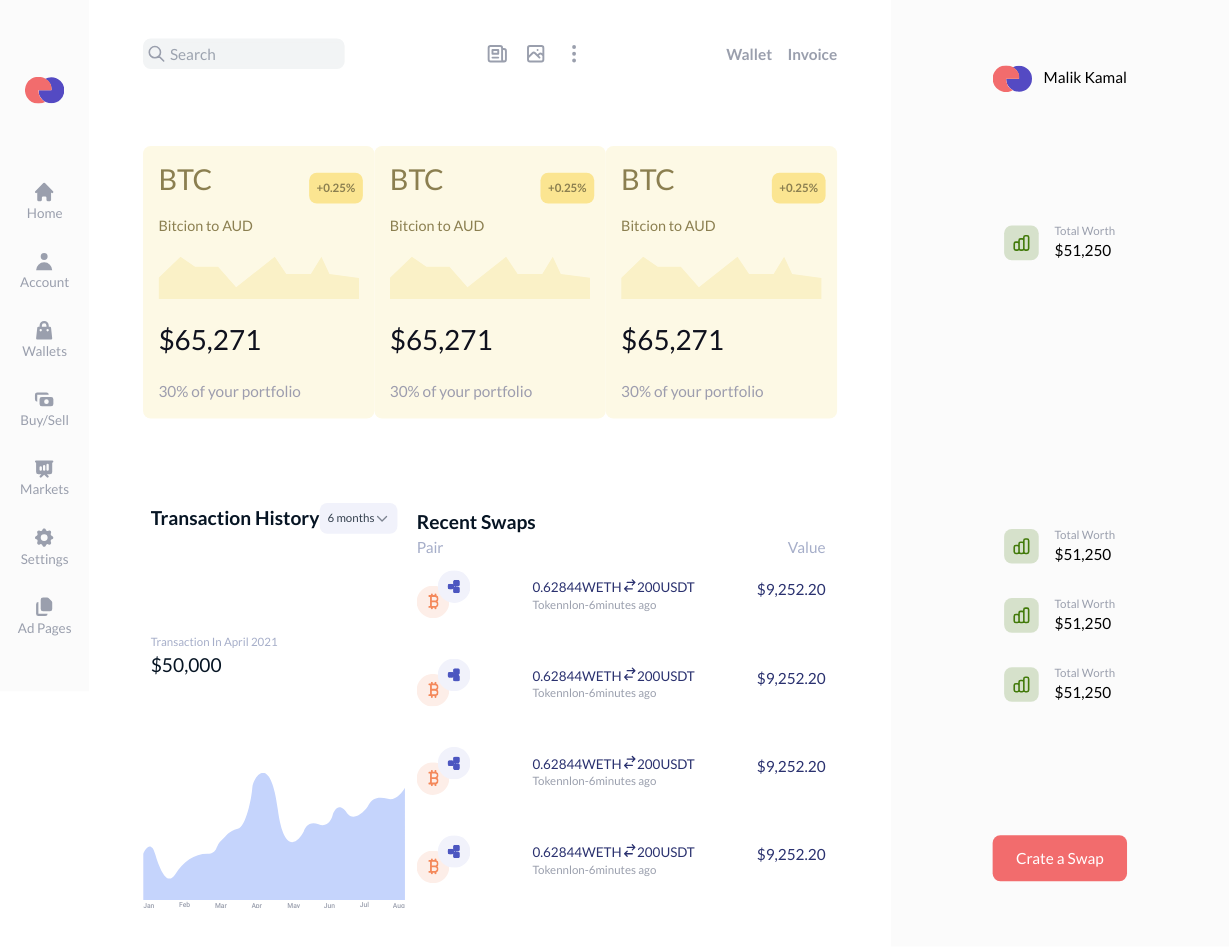
Repository: almaqdad55/crypto-app-nextjs
Page: /
An editor plug-in stored every save of this project. The page is shown before and after the next save, followed by the edit.
The browser window is 1280 px wide. The pictures show the whole page, at 96% of full size.
The project was rebuilt for these pictures with package versions that can differ from the ones it lists, and the page was loaded fresh each time. The framework's server and built-in components were replaced by stand-ins that run in the browser.

Above is the page before, as saved 2022-01-04 22:39:30.

After the next save:
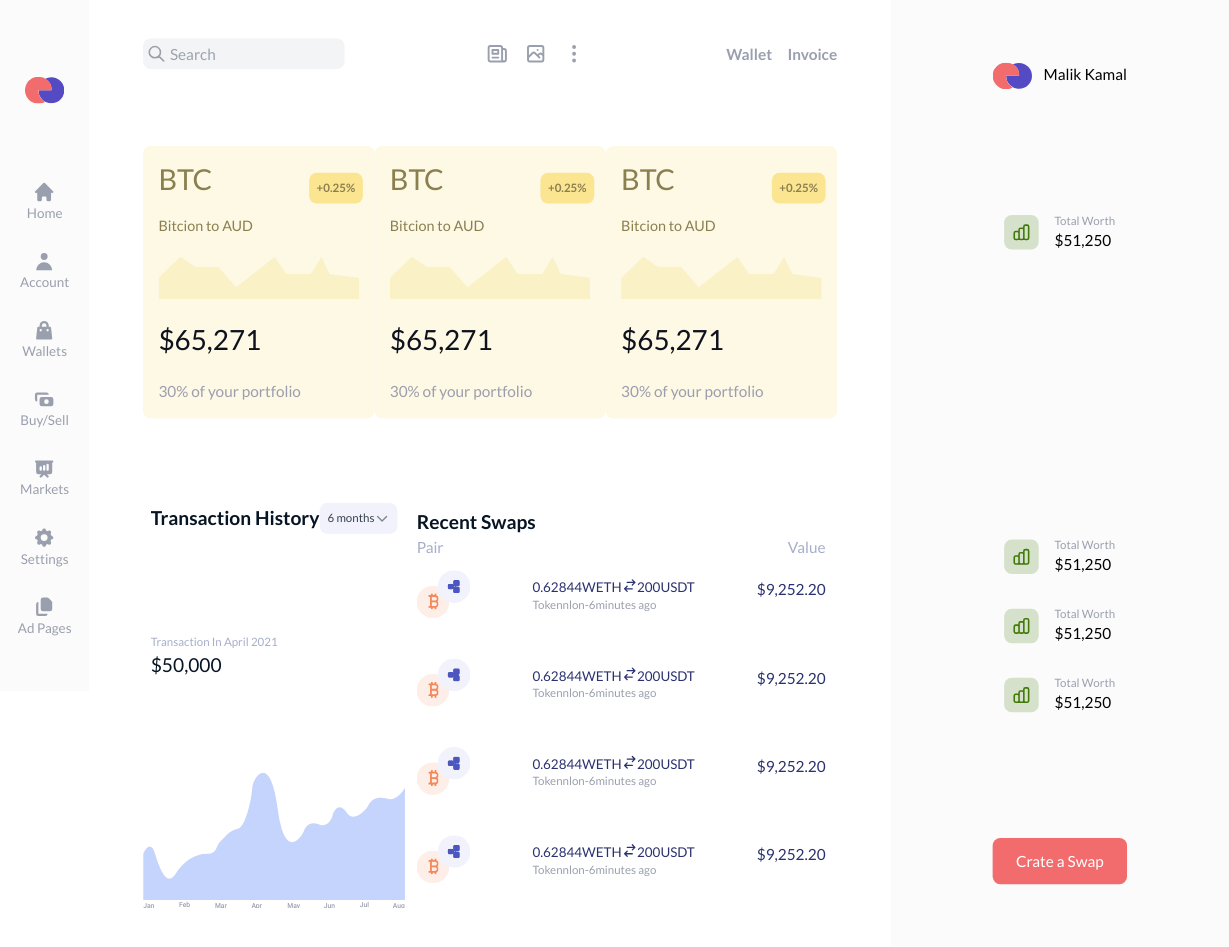
Saved 6 s later.
--- a/components/Widget.jsx
+++ b/components/Widget.jsx
@@ -15,7 +15,7 @@ const Widget = () => {
         <h2>Malik Kamal</h2>
       </div>
       <StatsDisplay />
-      <hr className="border-b text-slate-900" />
+      <hr className="border-b text-slate-900 h-10" />
       <div className="flex flex-col space-y-8">
         <StatsDisplay />
         <StatsDisplay />
